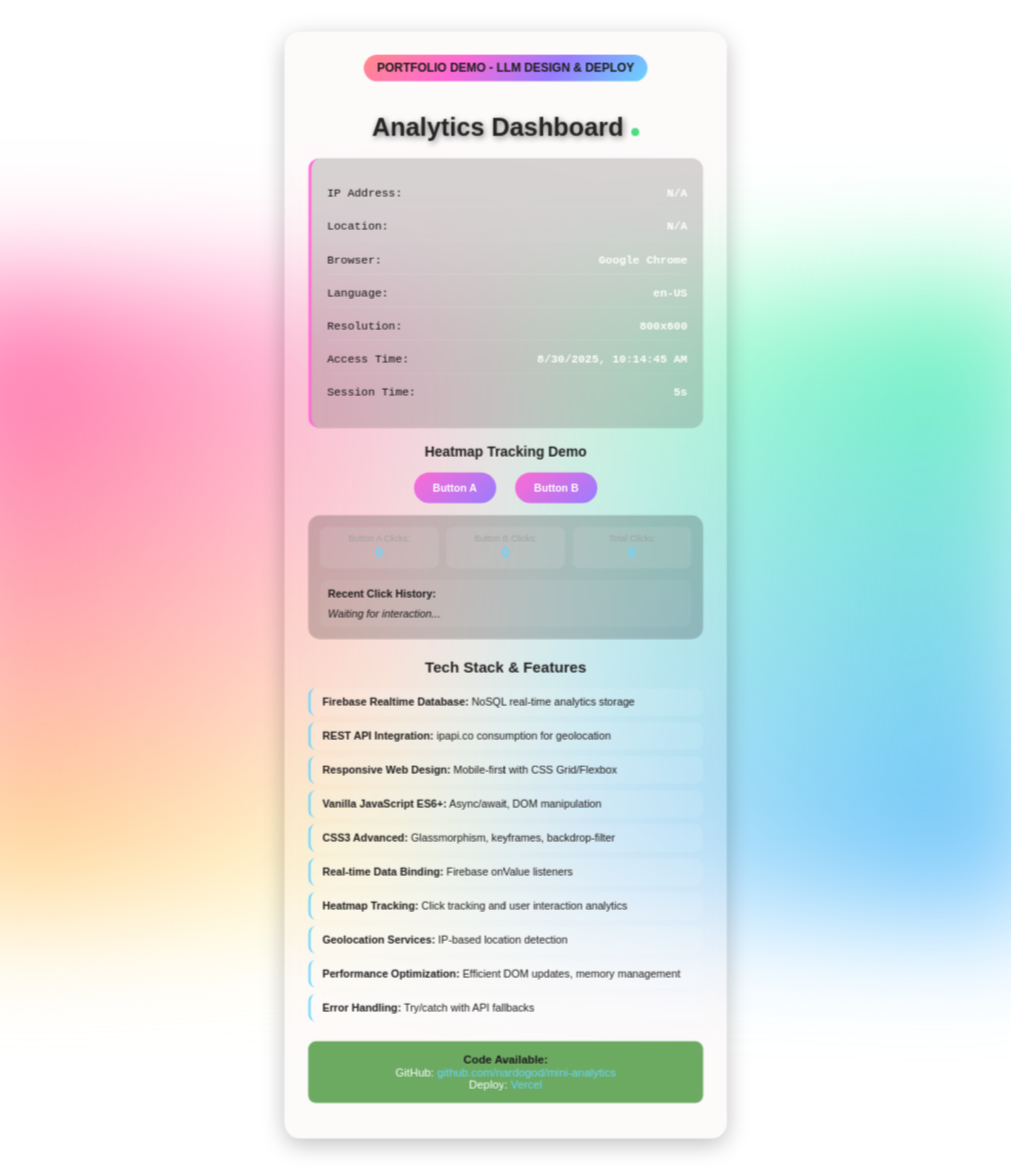
Repository: nardogod/mini-analytics
Page: mini.html
The author's editor kept a copy of each file at every save. The page is drawn from the files as they stood at one save, then again after the next save.
The browser window is 1280 px wide. The pictures show the whole page, at 79% of full size.
The page's requests for data from a server got no answer.

Above is the page before, as saved 2025-08-30 11:27:11.

After the next save:
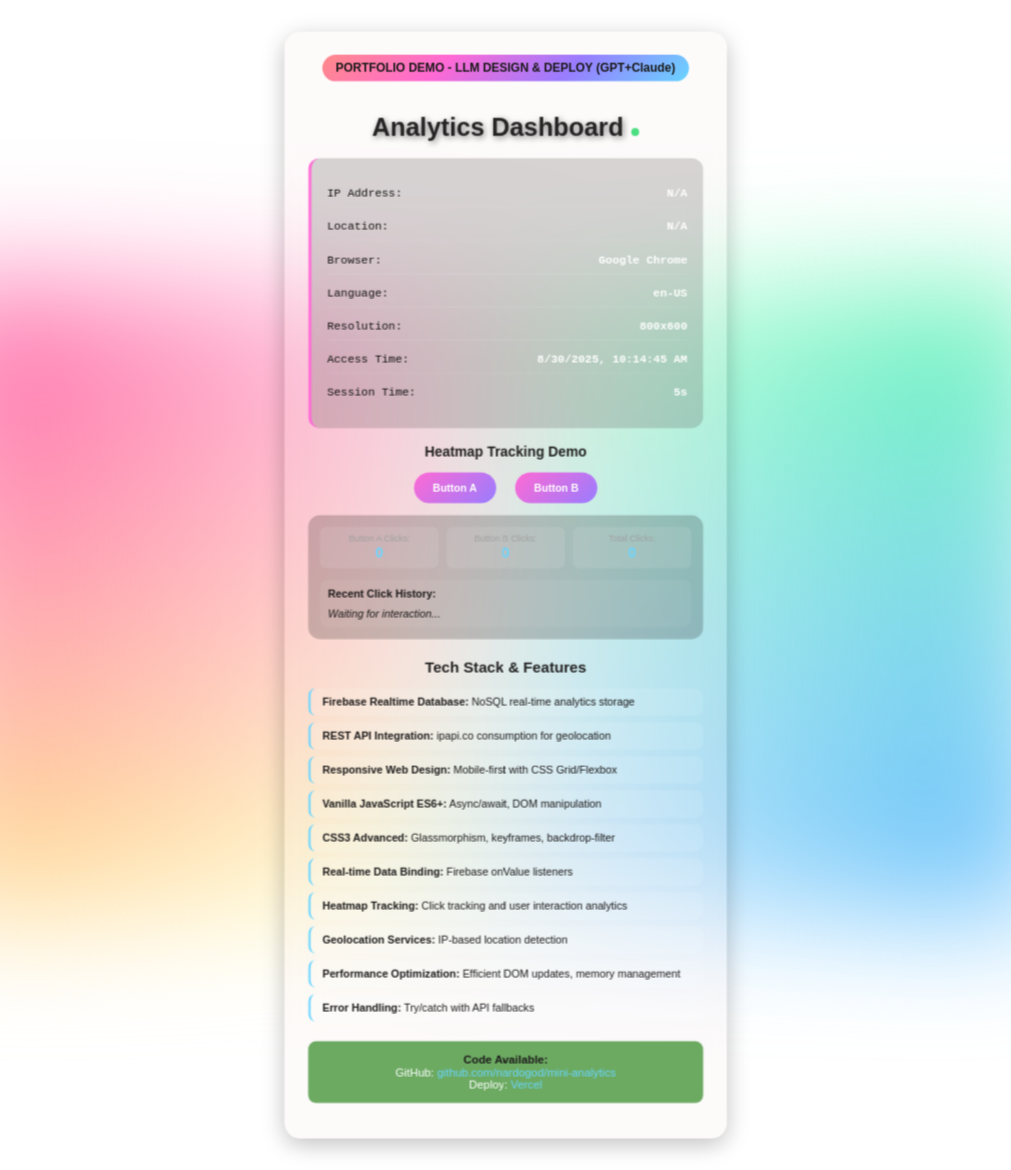
Saved 77 s later.
--- a/mini.html
+++ b/mini.html
@@ -315,7 +315,9 @@
   <body>
     <div class="background"></div>
     <div class="container">
-      <div class="demo-badge">PORTFOLIO DEMO - LLM DESIGN & DEPLOY</div>
+      <div class="demo-badge">
+        PORTFOLIO DEMO - LLM DESIGN & DEPLOY (GPT+Claude)
+      </div>
       <h1>Analytics Dashboard</h1>
 
       <div class="analytics-display" id="analytics">
